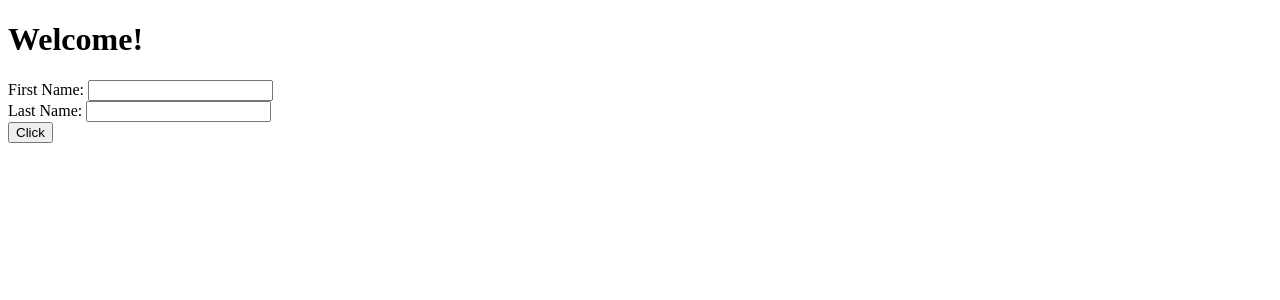
Repository: mansistic-0n3/Java_IGT
Page: Java Project/JSP/src/main/webapp/jspb.html
The author's editor kept a copy of each file at every save. The page is drawn from the files as they stood at one save, then again after the next save.
The browser window is 1280 px wide. The pictures show the whole page.

Above is the page before, as saved 2023-06-30 09:43:25.

### Java Project/JSP/src/main/webapp/jspb.html
<!DOCTYPE html>
<html>
<head>
<meta charset="ISO-8859-1">
<title>Insert title here</title>
</head>
<body>
<h1>Welcome!</h1>
<form action="JSPbasic.jsp">
	First Name: <input type="text" name="fname"><br>
	Last Name: <input type="text" name="lname"><br>
	<input type="submit" value ="Click">
</form>
</body>
</html>

After the next save:
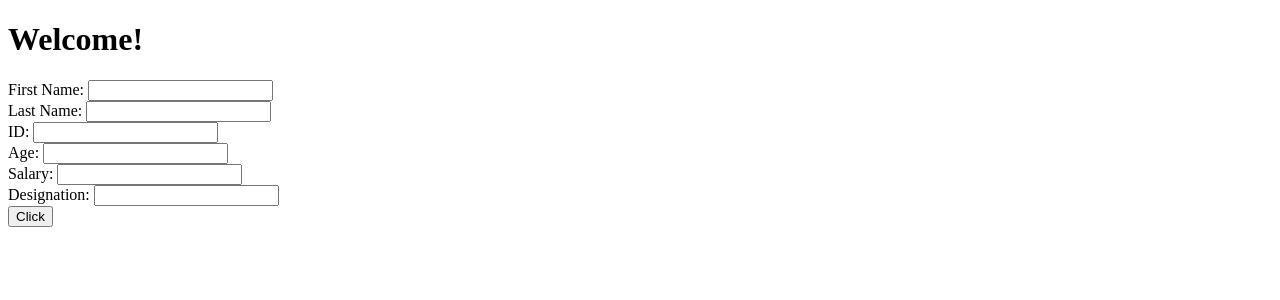
Saved 9 min 17 s later.
--- a/Java Project/JSP/src/main/webapp/jspb.html
+++ b/Java Project/JSP/src/main/webapp/jspb.html
@@ -9,6 +9,10 @@
 <form action="JSPbasic.jsp">
 	First Name: <input type="text" name="fname"><br>
 	Last Name: <input type="text" name="lname"><br>
+	ID: <input type="text" name="id"><br>
+	Age: <input type="text" name="age"><br>
+	Salary: <input type="text" name="sal"><br>
+	Designation: <input type="text" name="d"><br>
 	<input type="submit" value ="Click">
 </form>
 </body>
